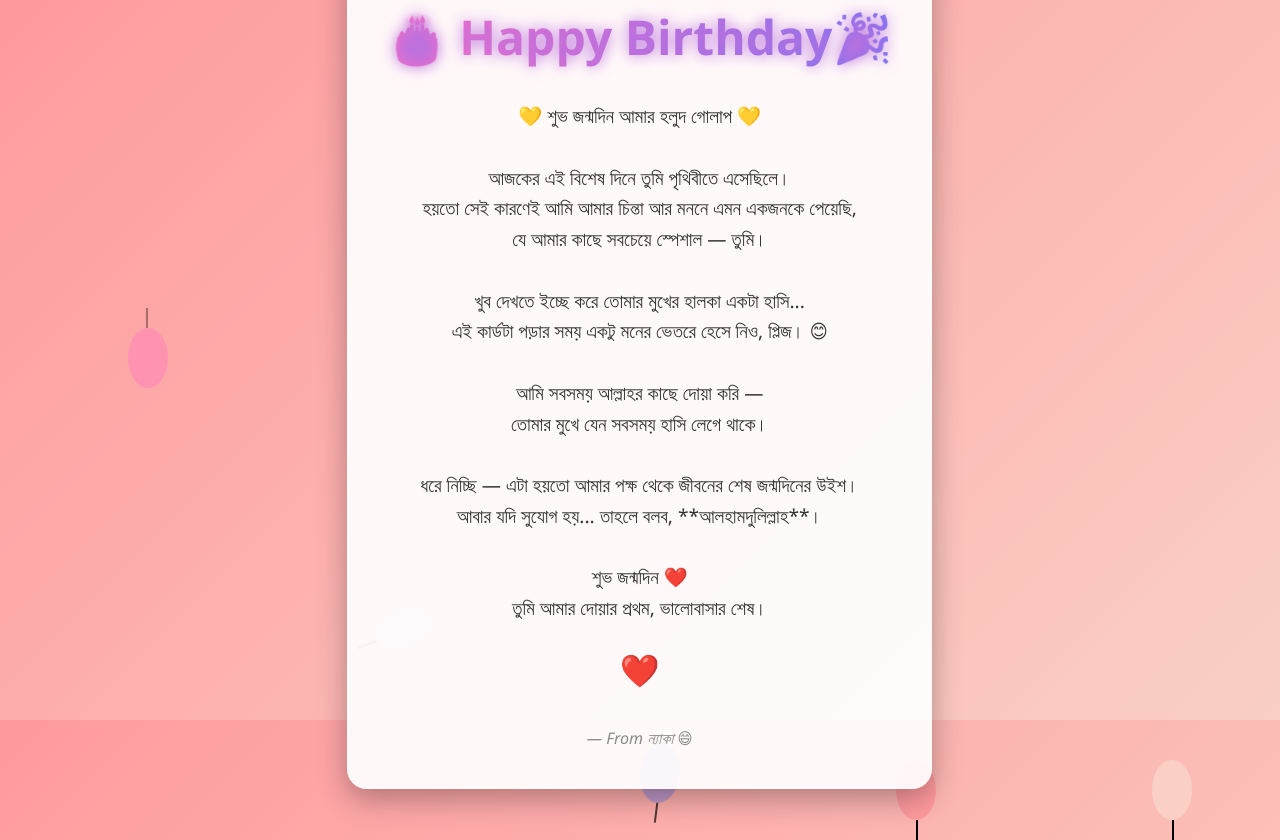
Repository: tanimtanzilislam/Card
Page: index.html
These files come from the project's save history. The page is drawn as it stood at one moment and after the next save; the edit follows.
The browser window is 1280 px wide. The pictures show the whole page.

Above is the page before, as saved 2025-05-29 21:44:49.

After the next save:
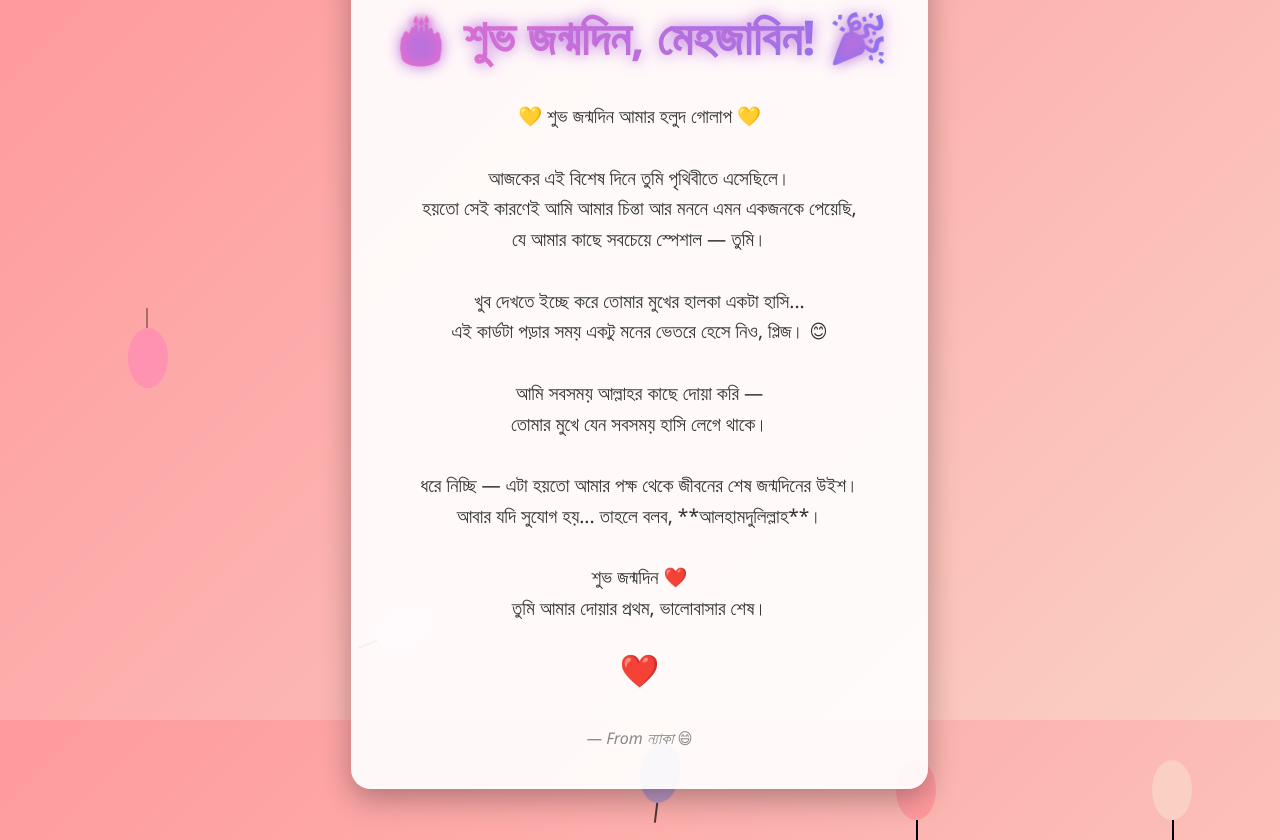
Saved 83 s later.
--- a/index.html
+++ b/index.html
@@ -1,14 +1,13 @@
 <!DOCTYPE html>
-<html lang="en">
+<html lang="bn">
 <head>
   <meta charset="UTF-8">
-  <title>Happy Birthday Mehjabin!</title>
+  <title>🎂 শুভ জন্মদিন, মেহজাবিন! 🎉</title>
   <style>
     body {
       margin: 0;
       padding: 0;
       background: linear-gradient(135deg, #ff9a9e 0%, #fad0c4 100%);
-      background-size: cover;
       font-family: 'Segoe UI', Tahoma, Geneva, Verdana, sans-serif;
       display: flex;
       align-items: center;
@@ -141,13 +140,13 @@
 
   <!-- Music -->
   <audio autoplay loop>
-    <source src="c:\Users\User\Downloads\happy-birthday-155461 (1).mp3" type="audio/mp3">
+    <source src="https://www.soundhelix.com/examples/mp3/SoundHelix-Song-1.mp3" type="audio/mp3">
     Your browser does not support the audio element.
   </audio>
 
   <!-- Card -->
   <div class="card">
-    <h1>🎂 Happy Birthday🎉</h1>
+    <h1>🎂 শুভ জন্মদিন, মেহজাবিন! 🎉</h1>
     <p>
       💛 শুভ জন্মদিন আমার হলুদ গোলাপ 💛<br><br>
       আজকের এই বিশেষ দিনে তুমি পৃথিবীতে এসেছিলে।<br>
